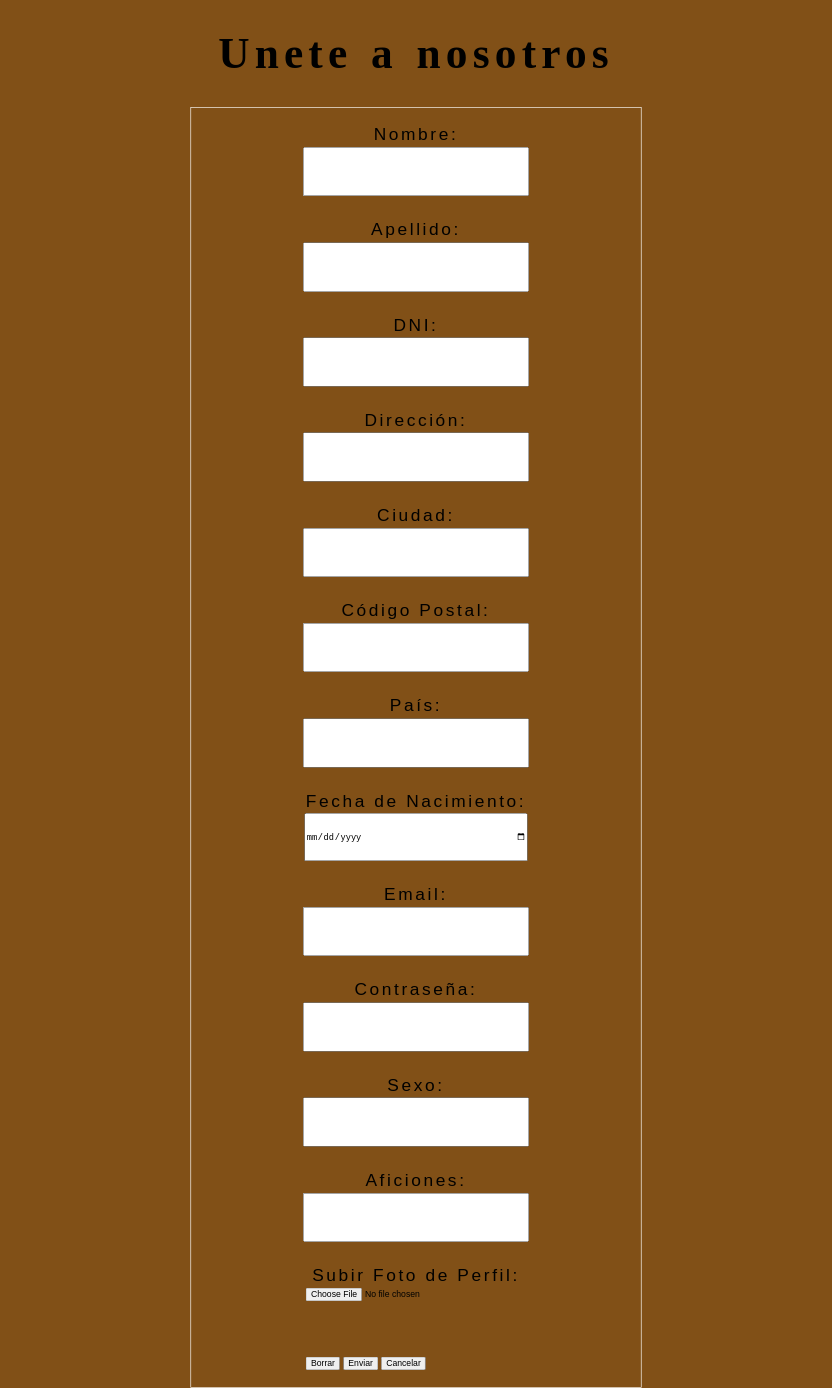
Repository: demoniers/demonIers.github.io
Page: web-lenguajes/src/singin.html
The author's editor kept a copy of each file at every save. The page is drawn from the files as they stood at one save, then again after the next save.
The browser window is 1280 px wide. The pictures show the whole page, at 65% of full size.
Some web fonts or font styles are not loaded; a fallback is used.

Above is the page before, as saved 2025-01-24 12:17:15.

### web-lenguajes/src/singin.html
<!DOCTYPE html>
<html lang="es">
<head>
    <meta charset="UTF-8">
    <meta name="viewport" content="width=device-width, initial-scale=1.0">
    <title>Formulario de Registro</title>
    <link rel="stylesheet" href="../style/style.css">
</head>
<body>
    <h1 class="titulo-centrado">Unete a nosotros</h1>
    <div class="form">
        <div class="formulario">
            <form action="../index.html" method="post">
                <label for="nombre">Nombre:</label>
                <input type="text" id="nombre" name="nombre" required><br><br>

                <label for="apellido">Apellido:</label>
                <input type="text" id="apellido" name="apellido" required><br><br>

                <label for="dni">DNI:</label>
                <input type="text" id="dni" name="dni" pattern="[0-9]{8}[A-Z]{1}" required><br><br>

                <label for="direccion">Dirección:</label>
                <input type="text" id="direccion" name="direccion" pattern="C/ .+ nº [0-9]+" required><br><br>

                <label for="ciudad">Ciudad:</label>
                <input type="text" id="ciudad" name="ciudad" required><br><br>

                <label for="cod_postal">Código Postal:</label>
                <input type="text" id="cod_postal" name="cod_postal" list="cod_postal_list" maxlength="5" required>
                <datalist id="cod_postal_list">
                    <option value="28001">
                    <option value="08002">
                    <option value="41003">
                    <option value="50004">
                    <option value="35005">
                </datalist><br><br>

                <label for="pais">País:</label>
                <input type="text" id="pais" name="pais" required><br><br>

                <label for="f_nacimiento">Fecha de Nacimiento:</label>
                <input type="date" id="f_nacimiento" name="f_nacimiento" required><br><br>

                <label for="email">Email:</label>
                <input type="email" id="email" name="email" pattern=".+@[a-z]+\.es" required><br><br>

                <label for="contrasena">Contraseña:</label>
                <input type="password" id="contrasena" name="contrasena" pattern="_[a-z]{7}_[a-z0-9]{5}&[0-9]{2}        " required><br><br>

                <label for="sexo">Sexo:</label>
                <input type="text" id="sexo" name="sexo" required><br><br>

                <label for="aficiones">Aficiones:</label>
                <input type="text" id="aficiones" name="aficiones" list="aficiones_list" required>
                <datalist id="aficiones_list">
                    <option value="Lectura">
                    <option value="Deportes">
                    <option value="Música">
                    <option value="Viajar">
                </datalist><br><br>

                <label for="foto">Subir Foto de Perfil:</label>
                <input type="file" id="foto" name="foto" accept="image/*" required><br><br>

                <button type="reset">Borrar</button>
                <button type="submit">Enviar</button>
                <button type="button" onclick="window.location.href='../index.html'">Cancelar</button>
            </form>
        </div>
    </div>
</body>
</html>

### web-lenguajes/style/style.css
body {
    margin: 0;
    font-family: Arial, sans-serif;
    display: flex;
    flex-direction: column;
    align-items: center;
    background-color: #815017;
}

@font-face {
    font-family: "Overcooked";
    src: url("https://db.onlinewebfonts.com/t/4d9ee5a678d899047a987f0408b4b052.eot");
    src: url("https://db.onlinewebfonts.com/t/4d9ee5a678d899047a987f0408b4b052.eot?#iefix")format("embedded-opentype"),
    url("https://db.onlinewebfonts.com/t/4d9ee5a678d899047a987f0408b4b052.woff2")format("woff2"),
    url("https://db.onlinewebfonts.com/t/4d9ee5a678d899047a987f0408b4b052.woff")format("woff"),
    url("https://db.onlinewebfonts.com/t/4d9ee5a678d899047a987f0408b4b052.ttf")format("truetype"),
    url("https://db.onlinewebfonts.com/t/4d9ee5a678d899047a987f0408b4b052.svg#Overcooked")format("svg");
}
.titulo-centrado {
    font-family: "Overcooked";
    text-align: center;
    word-spacing: 4px;
    letter-spacing: 8px;
    font-size: 50pt;
}
/* menu superior */
.header {
    position: fixed;
    top: 0;
    width: 100%;
    background-color: #57330b;
    color: #d39f64;
    text-align: center;
    padding: 10px 0;
    z-index: 1000;
}

.header nav a {
    margin: 0 15px;
    text-decoration: none;
    font-size: 18px;
}

.header nav ul li {
    display: inline-block;
    position: relative;
}

.logo-r {
    float: left;
    width: 3%;
    margin-left: 2%;
}

nav ul li a {
    display: block;
    padding: 8px 16px;
    text-decoration: none;
    color: #d39f64;
}

nav ul li ul {
    display: none;
    position: absolute;
    top: 100%;
    left: 0;
    box-shadow: 0px 4px 8px rgba(0, 0, 0, 0.3);
}

nav ul li:hover ul {
    display: block;
}
.subitemul {
    text-align: center;
    background-color:#6b43159c;
}
.subitemul:hover {
    background-color: #d39f646c;
    color: #6b4315;
}

/*###############################################################################*/

.container {
    display: grid;
    justify-content: space-between;
    width: 72%;
    margin-bottom: 70px;
}

/* ### CENTRO PAGINA PRINCIPAL ###*/
.content {
    background-image: url("../img/fondo.png");
    background-size: cover;
    background-repeat: no-repeat;
    flex-grow: 1;
    padding: 0;
    display: flex;
}

/* caja central y animacion */
.bienvenida {
    display: flex;
    align-items: center;
    width: 100%;
    padding: 25%;
    margin: 0;
    text-align: center;
    animation-name: agrandar-texto;
    animation-duration: 3s;
    animation-fill-mode: forwards;
}

@keyframes agrandar-texto {
    0% {
        background-color: #00000000;
        color: #d39f6400;
    }

    100% {
        background-color: rgba(0, 0, 0, 0.400);
        color: #d39f64;
    }
}

/* #################################################### */
.bienvenida button {
    background-color: #000000;
    color: #d39f64;
    width: 25%;
    padding: 2%;
    text-align: center;
}

.bienvenida a {
    text-decoration: none;
}

/* Barras laterales*/
.sidebar {
    width: 10%;
    padding: 2%;
    background-color: #815017;
    height: 1000px;
}

.cuerpo {
    color: #d39f64;
}

.caja-publi {
    border: #d39f6486 double 3px;
    margin-top: 35%;
    width: fit-content;
}

.caja-publi img {
    margin-top: 5%;
    width: 95%;
    height: 300px;
}

.derecha {
    position: fixed;
    right: 0%;
}

.izquierda {
    position: fixed;
    left: 0%;
}

.footer {
    background-color: #57330b;
    color: #d39f64;
    text-align: center;
    height: 50px;
    padding: 10px;
    position: fixed;
    bottom: 0;
    width: 100%;
}


/* HORARIO */
table {
    animation: ampli-table forwards 5s;
}
@keyframes ampli-table {
    0% {
        width: 0%;
        margin-right: 0%;
    }
    25% {margin-right:25%;}
    50% {margin-right:50%;}
    75% {margin-right:25%;}
    100% {
        width: 50%;
        margin-right: auto;
    }

}
table {
    margin: auto;
    border-collapse: collapse;
    font-size: 18px;
    text-align: left;
}

th, td {
    padding: 12px;
    border: 1px solid #ddd;
}

th {
    background-color: #f2f2f2;
}

.table-header {
    text-align: center;
    font-size: 24px;
    animation: colorhead forwards 5s;
}
@keyframes colorhead {
    0% {
        background-color: #a0662400;
        color: black
    ;}
    100% {
        background-color: #a06624;
        color: white;
    }

}
.form {
    margin: 5%;
    width: 90%;
}
.Formulario {
    margin: 5%;
    width: 75%;
    border: solid #d39f64 1px;
}

/* ####### FORMULARIO ############ */
.form {
    border: solid 1px white;
    margin: auto;
    width: 50%;
    padding: 2%;
}
.formulario {
    justify-self: center;
}
form label {
    display: block;
    justify-self: center;
    margin-bottom: 1%;
    font-size: 20pt;
    letter-spacing: 4px;
}
form input {
    display: block;
    justify-self: center;
    width: 100%;
    height: 70px;
}

After the next save:
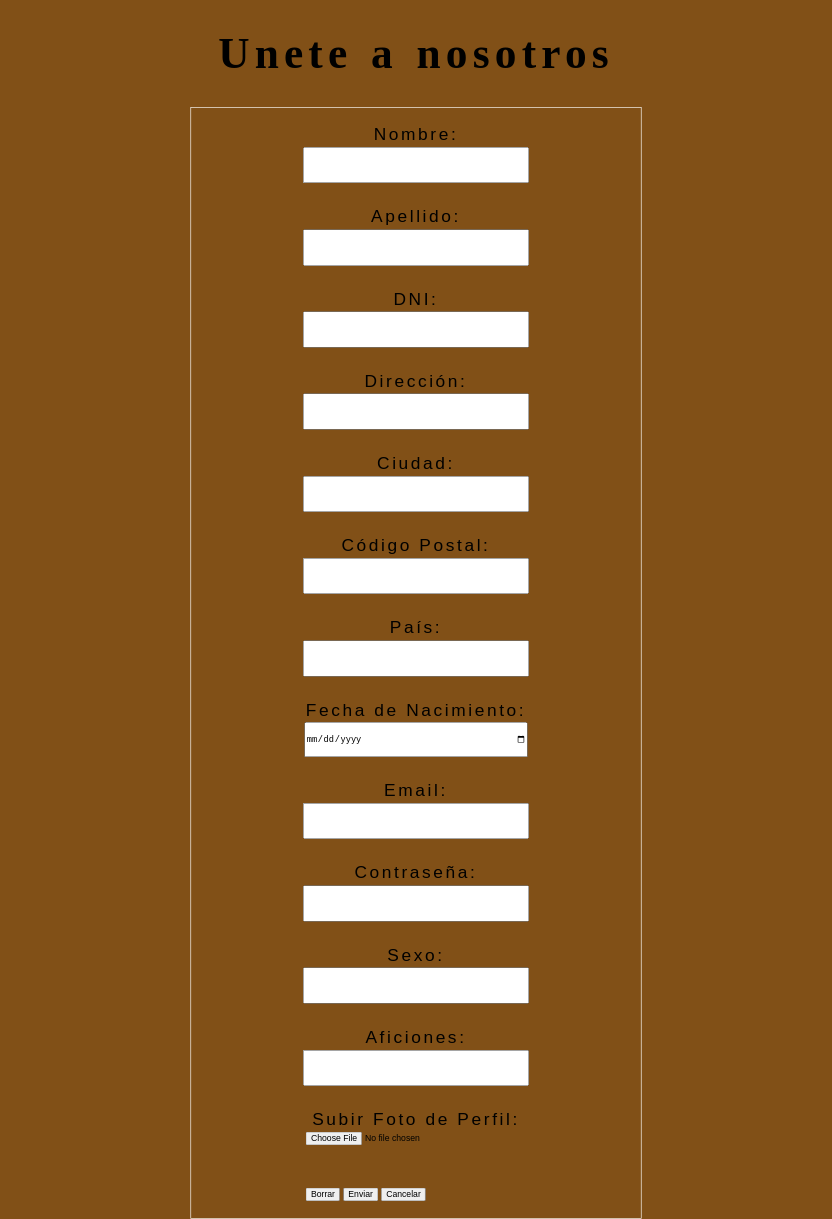
Saved 5 s later.
--- a/web-lenguajes/style/style.css
+++ b/web-lenguajes/style/style.css
@@ -263,5 +263,5 @@ form input {
     display: block;
     justify-self: center;
     width: 100%;
-    height: 70px;
-}
+    height: 50px;
+}
